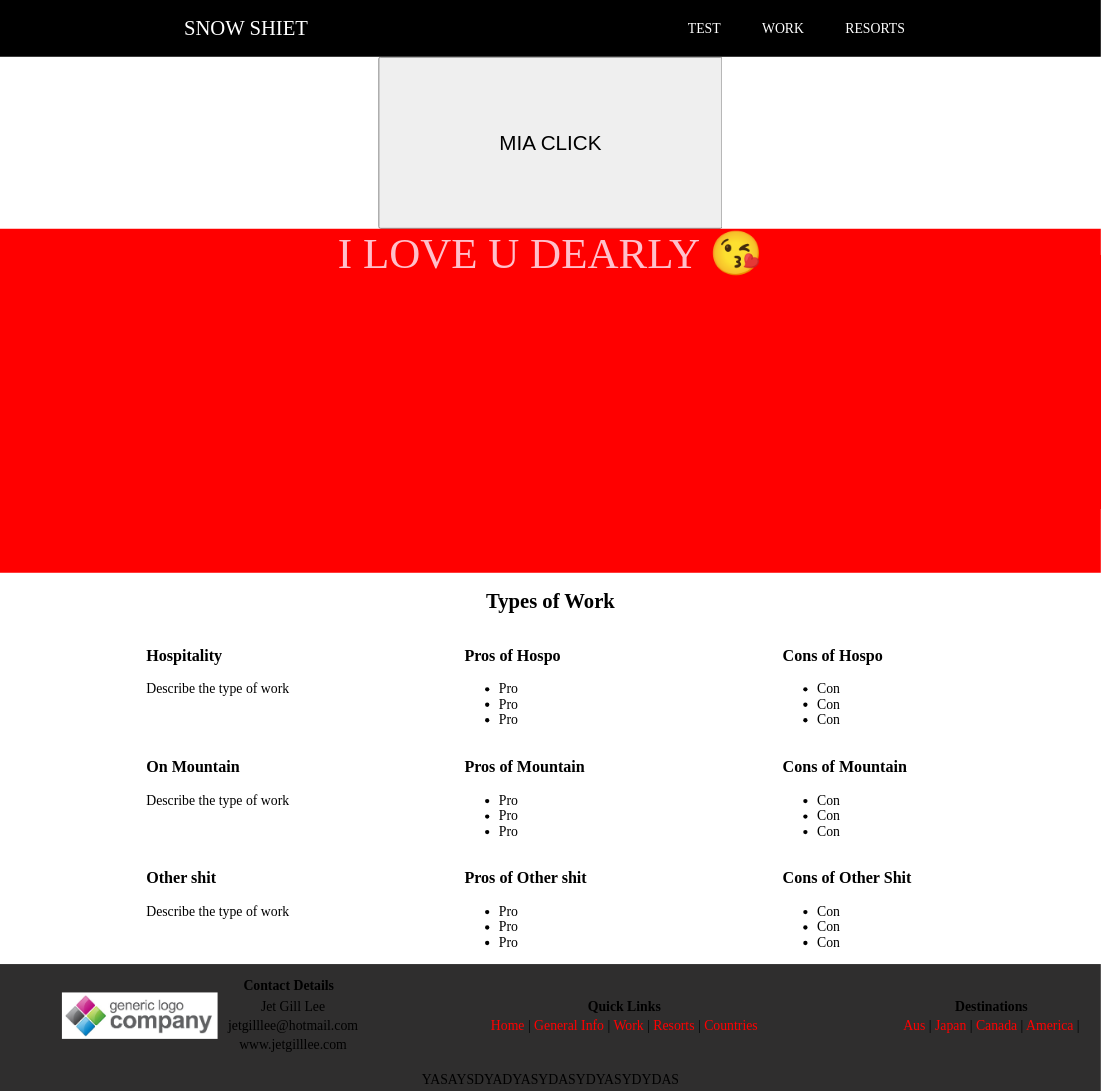
Repository: Jet-Gill-Lee/SnowSite
Page: work-overview.html
The author's editor kept a copy of each file at every save. The page is drawn from the files as they stood at one save, then again after the next save.
The browser window is 1280 px wide. The pictures show the whole page, at 86% of full size.

Above is the page before, as saved 2021-07-25 00:15:17.

After the next save:
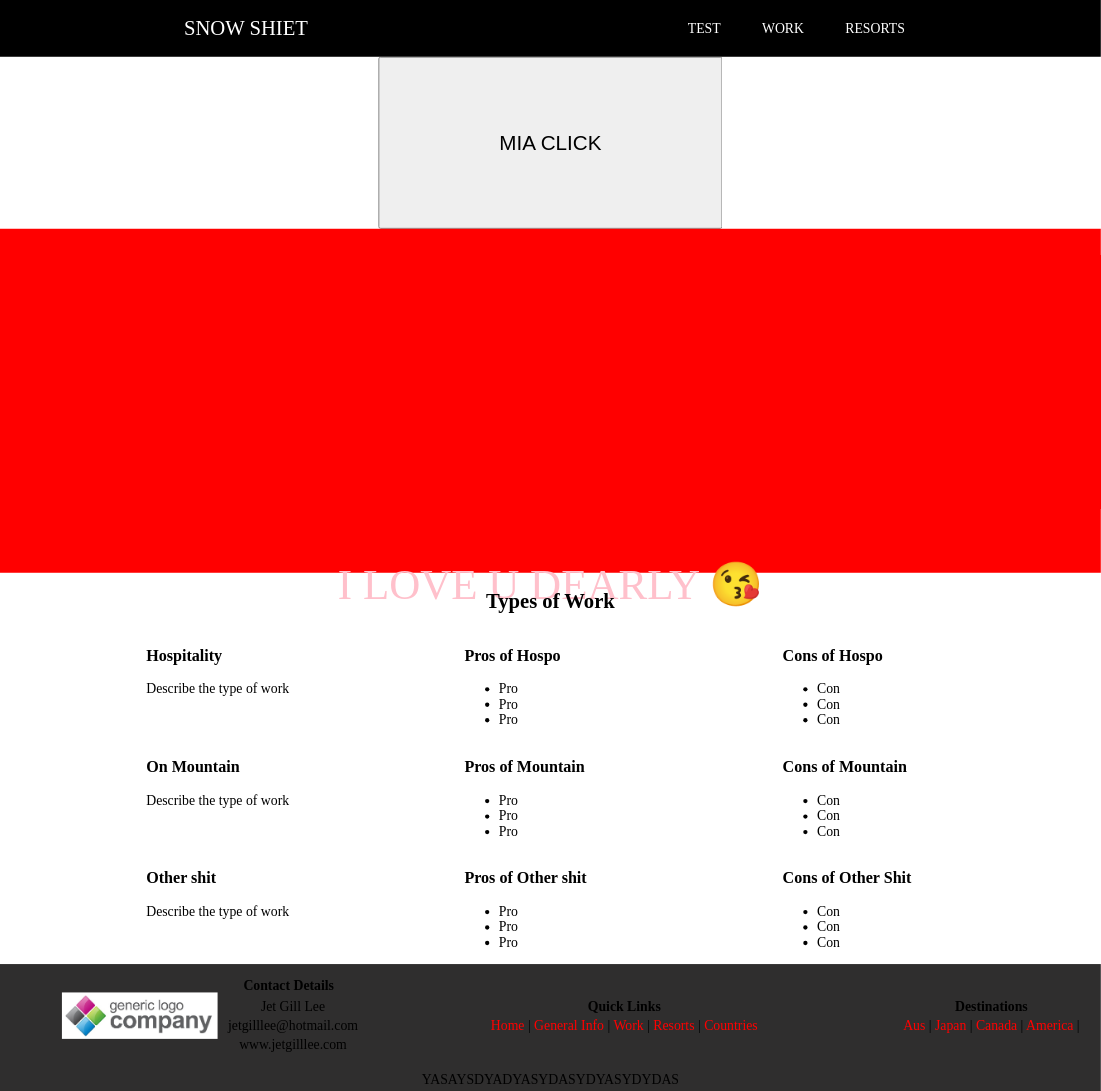
Saved 25 s later.
--- a/work-overview.html
+++ b/work-overview.html
@@ -27,7 +27,7 @@
     </div>
   </div>
   <button id="brodie-button" style='width:400px;height:200px;margin:auto;display:block;font-size:x-large'>MIA CLICK</button>
-  <div class="hero-text" style='width:100%;height:400px;font-size:50px;display:block;margin:auto;text-align:center;color:pink;background-color:red;'>I LOVE U DEARLY 😘</div>
+  <div class="hero-text" style='width:100%;height:400px;font-size:50px;display:block;margin:auto;text-align:center;color:pink;background-color:red;padding-top:30%;'>I LOVE U DEARLY 😘</div>
 <!-- MAIN -->
   <div id="page-main">
     <div id="main-info">
